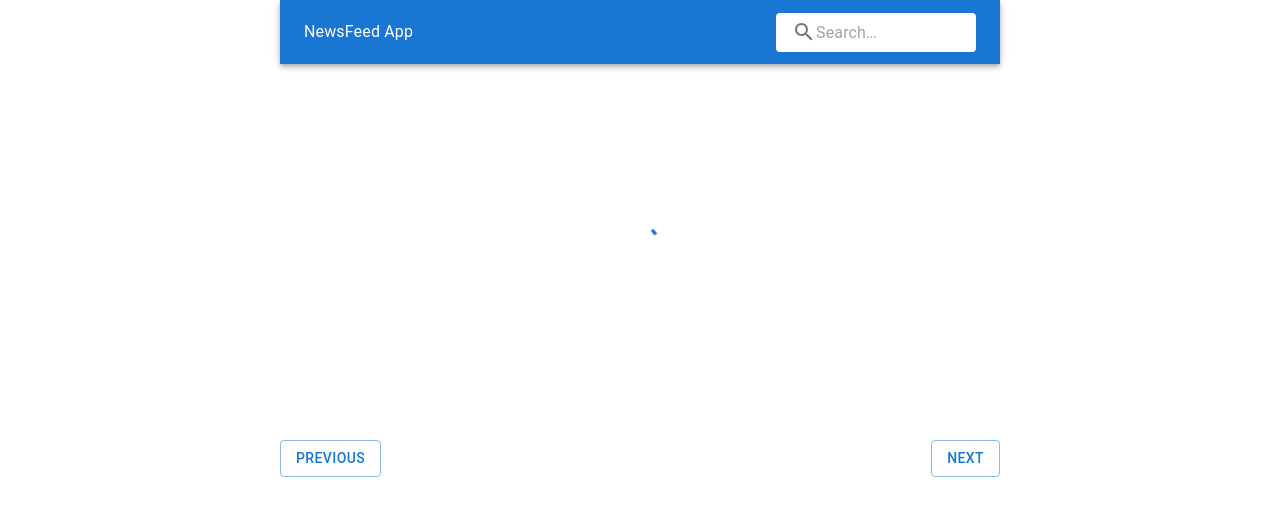
Repository: Baraajad231/News-Feed
Page: /
The author's editor kept a copy of each file at every save. The page is drawn from the files as they stood at one save, then again after the next save.
The browser window is 1280 px wide. The pictures show the whole page.
The page's requests for data from a server got no answer. The project was rebuilt for these pictures with package versions that can differ from the ones it lists, and the page was loaded fresh each time. No one was signed in, and anything a server would have sent is missing. Also part of the build but not shown: vite.config.js, src/components/newsArticle.jsx.

Above is the page before, as saved 2026-03-21 21:49:13.

### index.html
<!doctype html>
<html lang="en">
  <head>
    <meta charset="UTF-8" />
    <link rel="icon" type="image/svg+xml" href="/favicon.svg" />
    <meta name="viewport" content="width=device-width, initial-scale=1.0" />
    <title>vite-project</title>
  </head>
  <body>
    <div id="root"></div>
    <script type="module" src="/src/main.jsx"></script>
  </body>
</html>

### src/index.css
:root {
  font-family: Inter, system-ui, Avenir, Helvetica, Arial, sans-serif;
  line-height: 1.5;
  font-weight: 400;
}

body {
  margin: 0 auto;
  display: flex;
  min-width: 320px;
  max-width: 768px;
  min-height: 100vh;
}

#root {
  width: 100%;
}

### src/App.jsx
import { Button, Container, styled } from "@mui/material";
import NewsFeed from "./components/NewsFeed";
import NewsHeader from "./components/NewsHeader";
import { useEffect, useRef, useState } from "react";
import { debounce } from "lodash";

const Footer = styled("div")(({ theme }) => ({
  margin: theme.spacing(2, 0),
  display: "flex",
  justifyContent: "space-between",
}));

function App() {
  const [articles, setArticles] = useState([]);
  const [isLoading, setIsLoading] = useState(false);
  const pageNumber = useRef(1);

  const loadData = async (q, page) => {
    // const controller = new AbortController();

    const response = await fetch(
      `https://newsapi.org/v2/top-headlines?country=us&q=${q}&page=${page}&apiKey=${import.meta.env.VITE_NEWS_API_KEY}`,
    );
    const data = await response.json();

    return data?.articles?.map((article) => {
      const { title, description, urlToImage, author, publishedAt } = article;
      return { title, description, author, publishedAt, image: urlToImage };
    });
  };

  const debouncedLoadData = debounce((newQuery, newPage) => {
    setIsLoading(true);

    loadData(newQuery, newPage).then((data) => {
      setArticles(data);
      setIsLoading(false);
    });
  }, 500);
  // تختصار ل data => setArticles(data)

  useEffect(() => {
    // eslint-disable-next-line react-hooks/set-state-in-effect
    setIsLoading(true);

    loadData("", 1).then((data) => {
      setArticles(data);
      setIsLoading(false);
    });
  }, []);

  const searchChangeHandler = (newQuery) => {
    debouncedLoadData(newQuery, pageNumber.current);
  };

  const handleNextPage = () => {};
  const handlePreviousPage = () => {};

  return (
    <Container>
      <NewsHeader onSearchChange={searchChangeHandler} />
      <NewsFeed articles={articles} loading={isLoading} />
      <Footer>
        <Button variant="outlined" onClick={handlePreviousPage}>
          Previous
        </Button>
        <Button variant="outlined" onClick={handleNextPage}>
          Next
        </Button>
      </Footer>
    </Container>
  );
}

export default App;

### src/components/NewsFeed.jsx
import { Box, CircularProgress, Typography } from "@mui/material";
import NewsArticle from "./newsArticle";

const NewsFeed = ({ articles, loading }) => {
  if (loading) {
    return (
      <Box
        display="flex"
        justifyContent="center"
        alignItems="center"
        height="50vh"
      >
        <CircularProgress />
      </Box>
    );
  }

  const results = !articles.length ? (
    <Typography align="center" variant="h6" color="textSecondary" marginTop={4}>
      No articles found.
    </Typography>
  ) : (
    articles.map((article) => (
      <NewsArticle {...article} key={crypto.randomUUID()} />
    ))
  );
  return <div>{results}</div>;
};

export default NewsFeed;

### src/components/NewsHeader.jsx
import AppBar from "@mui/material/AppBar";
import Toolbar from "@mui/material/Toolbar";
import Typography from "@mui/material/Typography";
import InputBase from "@mui/material/InputBase";
import SearchIcon from "@mui/icons-material/Search";
import { styled } from "@mui/material/styles";

const Search = styled("div")(({ theme }) => ({
  position: "relative",
  borderRadius: theme.shape.borderRadius,
  backgroundColor: theme.palette.common.white,
  "&:hover": {
    backgroundColor: theme.palette.common.white,
  },
  marginLeft: "auto",
  width: 200,
}));
const SearchIconWrapper = styled("div")(({ theme }) => ({
  padding: theme.spacing(0, 2),
  height: "100%",
  position: "absolute",
  pointerEvents: "none",
  display: "flex",
  alignItems: "center",
  justifyContent: "center",
}));
const StyledInputBase = styled(InputBase)(({ theme }) => ({
  color: theme.palette.text.primary,
  "& .MuiInputBase-input": {
    padding: theme.spacing(1, 1, 1, 5),
    transition: theme.transitions.create("width"),
    width: "100%",
  },
}));

const NewsHeader = ({ onSearchChange }) => {
  const handleShearchChange = (e) => {
    onSearchChange(e.target.value);
  };

  return (
    <AppBar position="static">
      <Toolbar>
        <Typography>NewsFeed App</Typography>
        <Search>
          <SearchIconWrapper>
            <SearchIcon color="action" />
          </SearchIconWrapper>
          <StyledInputBase
            placeholder="Search…"
            inputProps={{ "aria-label": "search" }}
            onChange={handleShearchChange}
          />
        </Search>
      </Toolbar>
    </AppBar>
  );
};

export default NewsHeader;

Loaded but not shown: src/main.jsx (common file)

After the next save:
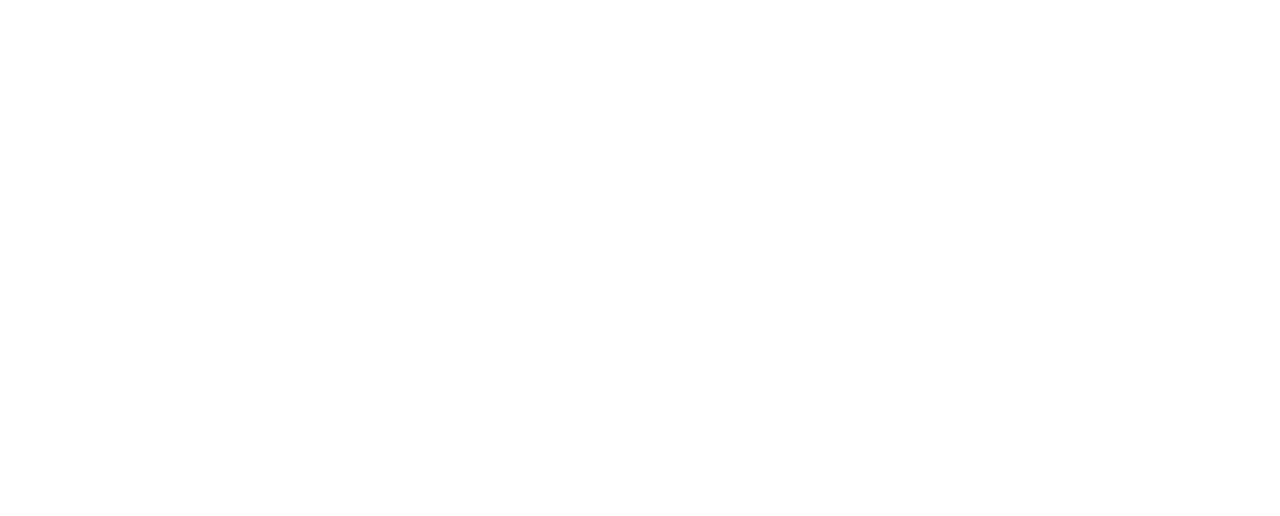
Console error: ReferenceError: handlePreviousPage is not defined
Saved 51 s later.
--- a/src/App.jsx
+++ b/src/App.jsx
@@ -53,8 +53,8 @@
     debouncedLoadData(newQuery, pageNumber.current);
   };
 
-  const handleNextPage = () => {};
-  const handlePreviousPage = () => {};
+  const handleNextClick = () => {};
+  const handlePreviousClick = () => {};
 
   return (
     <Container>

After the save that followed:
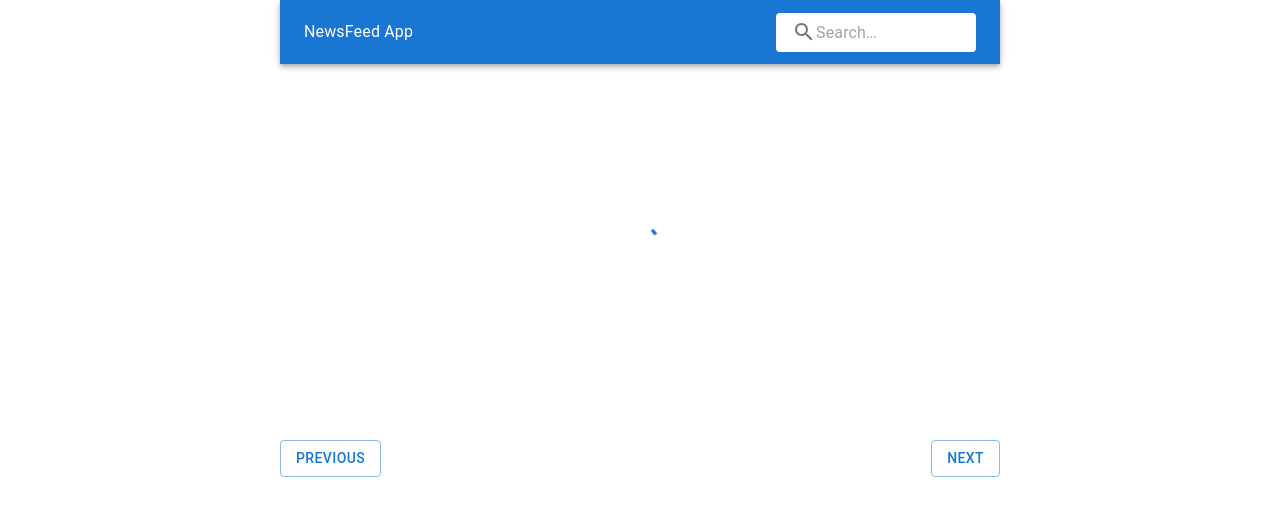
The error is gone.
Saved 6 s later.
--- a/src/App.jsx
+++ b/src/App.jsx
@@ -61,10 +61,10 @@
       <NewsHeader onSearchChange={searchChangeHandler} />
       <NewsFeed articles={articles} loading={isLoading} />
       <Footer>
-        <Button variant="outlined" onClick={handlePreviousPage}>
+        <Button variant="outlined" onClick={handlePreviousClick}>
           Previous
         </Button>
-        <Button variant="outlined" onClick={handleNextPage}>
+        <Button variant="outlined" onClick={handleNextClick}>
           Next
         </Button>
       </Footer>
